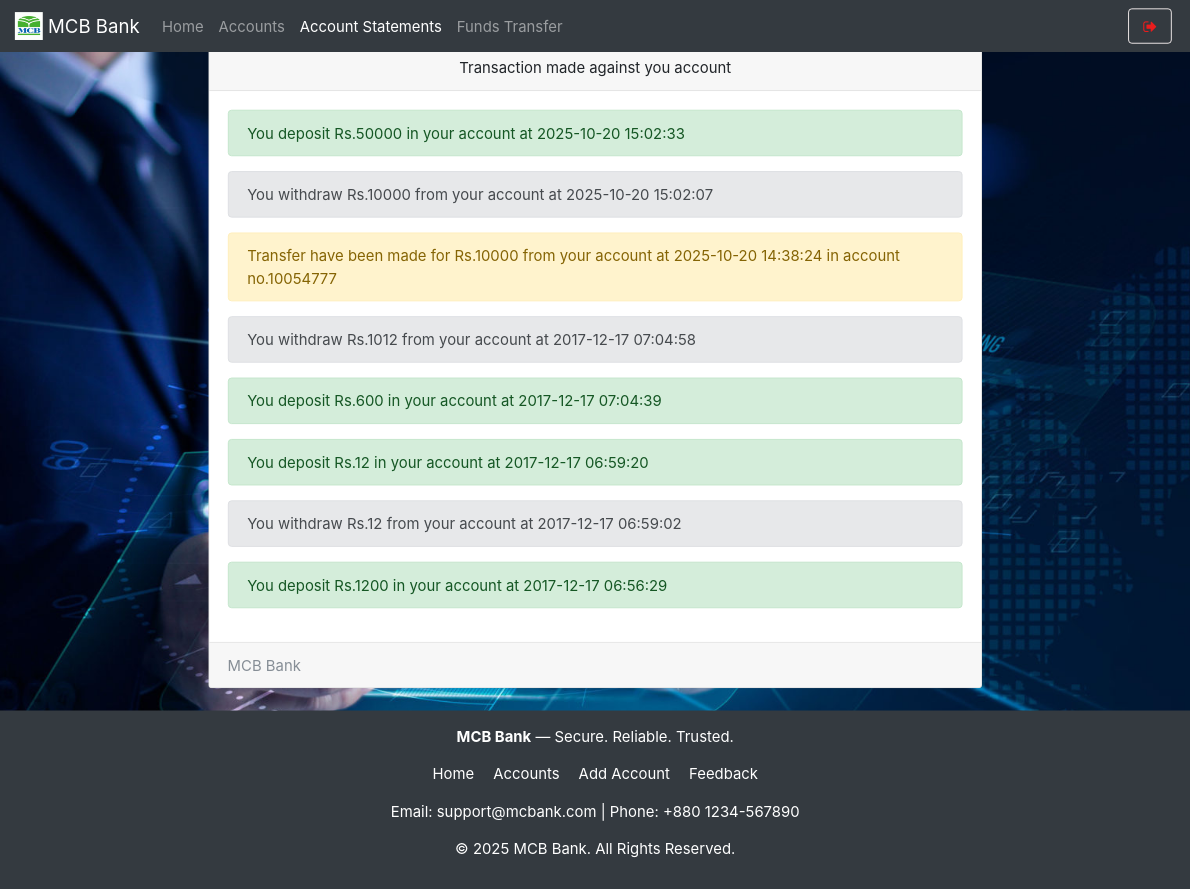
Repository: mhbshimla/my-bank
Page: http://localhost/statements.php
These files come from the project's save history. The page is drawn as it stood at one moment and after the next save; the edit follows.
The browser window is 1280 px wide. The pictures show the whole page, at 93% of full size.
The page is run by PHP 8.4 with error messages shown; the project is at /var/www/html/. The session is filled in as if someone had signed in: {"userId": 2, "user": {"id": 2, "email": "some2@gmail.com", "name": "Ali khan", "balance": 56000, "nid": "3210375555343", "number": "03356910260", "city": "Islamabad", "address": "Some where in isb", "source": "Programmer", "accountNo": 10054777, "branch": 1, "accountType": "Saving", "date": "2017-12-14 04:50:06"}, "cashId": 2, "managerId": 2}. Other server files are loaded and not shown. The database holds what the project's SQL file puts in it.

Above is the page before, as saved 2025-10-20 21:06:54.

### statements.php

<?php
session_start();
if(!isset($_SESSION['userId'])){ header('location:login.php');}
?>
<!DOCTYPE html>
<html>
<head>
  <title>Banking</title>
  <?php require 'assets/autoloader.php'; ?>
  <?php require 'assets/db.php'; ?>
  <?php require 'assets/function.php'; ?>
  <?php
    $error = "";
    if (isset($_POST['userLogin']))
    {
      $error = "";
        $user = $_POST['email'];
        $pass = $_POST['password'];

        $result = $con->query("select * from userAccounts where email='$user' AND password='$pass'");
        if($result->num_rows>0)
        {
          session_start();
          $data = $result->fetch_assoc();
          $_SESSION['userId']=$data['id'];
          $_SESSION['user'] = $data;
          header('location:index.php');
         }
        else
        {
          $error = "<div class='alert alert-warning text-center rounded-0'>Username or password wrong try again!</div>";
        }
    }

   ?>
</head>
<!-- <body style="background:#96D678;background-size: 100%"> -->
<body style="background: url('images/bg-login5.jpg') no-repeat center center; background-size: cover;">
<nav class="navbar navbar-expand-lg navbar-dark bg-dark fixed-top">
 <a class="navbar-brand" href="#">
    <img src="images/logo.png" width="30" height="30" class="d-inline-block align-top" alt="">
   <!--  <i class="d-inline-block  fa fa-building fa-fw"></i> --><?php echo bankName; ?>
  </a>
  <button class="navbar-toggler" type="button" data-toggle="collapse" data-target="#navbarSupportedContent" aria-controls="navbarSupportedContent" aria-expanded="false" aria-label="Toggle navigation">
    <span class="navbar-toggler-icon"></span>
  </button>

  <div class="collapse navbar-collapse" id="navbarSupportedContent">
    <ul class="navbar-nav mr-auto">
      <li class="nav-item ">
        <a class="nav-link " href="index.php">Home <span class="sr-only">(current)</span></a>
      </li>
      <li class="nav-item ">  <a class="nav-link" href="accounts.php">Accounts</a></li>
      <li class="nav-item active">  <a class="nav-link" href="statements.php">Account Statements</a></li>
      <li class="nav-item ">  <a class="nav-link" href="transfer.php">Funds Transfer</a></li>
      <!-- <li class="nav-item ">  <a class="nav-link" href="profile.php">Profile</a></li> -->


    </ul>
    <?php include 'sideButton.php'; ?>
  </div>
</nav><br><br>
<div class="container">
  <div class="card  w-75 mx-auto">
  <div class="card-header text-center">
    Transaction made against you account
  </div>
  <div class="card-body">
    <?php
      $array = $con->query("select * from transaction where userId = '$userData[id]' order by date desc");
      if ($array ->num_rows > 0)
      {
         while ($row = $array->fetch_assoc())
         {
            if ($row['action'] == 'withdraw')
            {
              echo "<div class='alert alert-secondary'>You withdraw Rs.$row[debit] from your account at $row[date]</div>";
            }
            if ($row['action'] == 'deposit')
            {
              echo "<div class='alert alert-success'>You deposit Rs.$row[credit] in your account at $row[date]</div>";
            }
            if ($row['action'] == 'deduction')
            {
              echo "<div class='alert alert-danger'>Deduction have been made for  Rs.$row[debit] from your account at $row[date] in case of $row[other]</div>";
            }
            if ($row['action'] == 'transfer')
            {
              echo "<div class='alert alert-warning'>Transfer have been made for  Rs.$row[debit] from your account at $row[date] in  account no.$row[other]</div>";
            }

         }
      }
    ?>
  </div>
  <div class="card-footer text-muted">
   <?php echo bankName ?>
  </div>
</div>
</div> <br>
<footer class="bg-dark text-white text-center py-3">
  <div class="container">
    <p><strong>MCB Bank</strong> — Secure. Reliable. Trusted.</p>
    <p>
      <a href="mindex.php" class="text-white mx-2">Home</a>
      <a href="maccounts.php" class="text-white mx-2">Accounts</a>
      <a href="maddnew.php" class="text-white mx-2">Add Account</a>
      <a href="mfeedback.php" class="text-white mx-2">Feedback</a>
    </p>
    <p>Email: support@mcbank.com | Phone: +880 1234-567890</p>
    <p>&copy; <?php echo date("Y"); ?> MCB Bank. All Rights Reserved.</p>
  </div>
</footer>
</body>
</html>

### assets/autoloader.php

<link rel="stylesheet" type="text/css" href="css/bootstrap.min.css">
<link rel="stylesheet" type="text/css" href="css/custom.css">
<link rel="stylesheet" type="text/css" href="font-awesome/css/font-awesome.min.css">
<script src='js/jquery-3.2.1.min.js'></script>
<script src='js/popper.min.js'></script>
<script src='js/bootstrap.min.js'></script>

### assets/db.php
<?php
if (session_status() === PHP_SESSION_NONE) {
    session_start();
}

// ✅ Auto-switch between localhost and InfinityFree
if (in_array($_SERVER['SERVER_NAME'], ['localhost', '127.0.0.1'])) {
    // Localhost (XAMPP/WAMP)
    $con = new mysqli('localhost', 'root', '', 'mybank');
} else {
    // InfinityFree (Live Hosting)
    $con = new mysqli('sql100.infinityfree.com', 'if0_40476525', 'banK12345', 'if0_40476525_mybank');
}

// ✅ Connection check
if ($con->connect_error) {
    die("Database connection failed: " . $con->connect_error);
}

// ✅ Bank name constant
define('bankName', 'MCB Bank');

// ✅ Fetch user data safely if logged in
$userData = null;
if (isset($_SESSION['userId'])) {
    $stmt = $con->prepare("
        SELECT *
        FROM userAccounts
        JOIN branch ON userAccounts.branch = branch.branchId
        WHERE userAccounts.id = ?
    ");
    if ($stmt) {
        $stmt->bind_param("i", $_SESSION['userId']);
        $stmt->execute();
        $result   = $stmt->get_result();
        $userData = $result->fetch_assoc();
        $stmt->close();
    }
}
?>
<!-- Tooltip initialization -->
<script type="text/javascript">
$(function () {
  $('[data-toggle="tooltip"]').tooltip();
});
</script>

### assets/function.php
<?php
function setBalance($amount,$process,$accountNo)
{
	$con = new mysqli('localhost','root','','mybank');
	$array = $con->query("select * from userAccounts where accountNo='$accountNo'");
	$row = $array->fetch_assoc();
	if ($process == 'credit')
	{
		$balance = $row['balance'] + $amount;
		return $con->query("update userAccounts set balance = '$balance' where accountNo = '$accountNo'");
	}else
	{
		$balance = $row['balance'] - $amount;
		return $con->query("update userAccounts set balance = '$balance' where accountNo = '$accountNo'");
	}
}
function setOtherBalance($amount,$process,$accountNo)
{
	$con = new mysqli('localhost','root','','mybank');
	$array = $con->query("select * from otheraccounts where accountNo='$accountNo'");
	$row = $array->fetch_assoc();
	if ($process == 'credit')
	{
		$balance = $row['balance'] + $amount;
		return $con->query("update otheraccounts set balance = '$balance' where accountNo = '$accountNo'");
	}else
	{
		$balance = $row['balance'] - $amount;
		return $con->query("update otheraccounts set balance = '$balance' where accountNo = '$accountNo'");
	}
}
function makeTransaction($action,$amount,$other)
{
	$con = new mysqli('localhost','root','','mybank');
	if ($action == 'transfer')
	{
		return $con->query("insert into transaction (action,debit,other,userId) values ('transfer','$amount','$other','$_SESSION[userId]')");
	}
	if ($action == 'withdraw')
	{
		return $con->query("insert into transaction (action,debit,other,userId) values ('withdraw','$amount','$other','$_SESSION[userId]')");

	}
	if ($action == 'deposit')
	{
		return $con->query("insert into transaction (action,credit,other,userId) values ('deposit','$amount','$other','$_SESSION[userId]')");

	}
}
function makeTransactionCashier($action,$amount,$other,$userId)
{
	$con = new mysqli('localhost','root','','mybank');
	if ($action == 'transfer')
	{
		return $con->query("insert into transaction (action,debit,other,userId) values ('transfer','$amount','$other','$userId')");
	}
	if ($action == 'withdraw')
	{
		return $con->query("insert into transaction (action,debit,other,userId) values ('withdraw','$amount','$other','$userId')");

	}
	if ($action == 'deposit')
	{
		return $con->query("insert into transaction (action,credit,other,userId) values ('deposit','$amount','$other','$userId')");

	}
}
 ?>

### sideButton.php
<form class="form-inline my-2 my-lg-0">
        <!-- <a href="" class="btn btn-outline-success" data-toggle="tooltip" title="Your current Account Balance">Acount Balance : Rs.<?php echo $userData['balance']; ?></a>
        <a href="accounts.php" data-toggle="tooltip" title="Account Summary" class="btn btn-outline-primary mx-1" ><i class="fa fa-book fa-fw"></i></a>
        <a href="notice.php" data-toggle="tooltip" title="View Notice" class="btn btn-outline-primary mx-1" ><i class="fa fa-envelope fa-fw"></i></a>
        <a href="feedback.php" data-toggle="tooltip" title="Help?" class="btn btn-outline-info mx-1" ><i class="fa fa-question fa-fw"></i></a>-->
        <a href="logout.php" data-toggle="tooltip" title="Logout" class="btn btn-outline-danger mx-1" ><i class="fa fa-sign-out fa-fw"></i></a>
        <style>
.btn-outline-danger {
  color: #e91d1dff;
  border-color: #f6efefff;
  transition: all 0.3s ease;
}

.btn-outline-danger:hover {
  background-color: #e91d1dff;
  color: white;
  box-shadow: 0 0 10px rgba(96, 105, 26, 0.6);
}
</style>

</form>

### css/custom.css
.omit1{background: rgba(0,0,0,0.1);}
.omit2{background: rgba(0,0,0,0.2);}
.omit3{background: rgba(0,0,0,0.3);}
.omit4{background: rgba(0,0,0,0.4);}
.omit5{background: rgba(0,0,0,0.5);}
.omit6{background: rgba(0,0,0,0.6);}
.omit7{background: rgba(0,0,0,0.7);}
.omit8{background: rgba(0,0,0,0.8);}
.omit9{background: rgba(0,0,0,0.9);}

.shadowBlack{box-shadow: 2px 2px 11px black}
.shadowGreen{box-shadow: 2px 2px 11px green}
.shadowBlue{box-shadow: 2px 2px 11px blue}
.shadowWhite{box-shadow: 2px 2px 11px white}

### Database/mybank (1).sql (the tables this page reads)
CREATE TABLE `branch` (
  `branchId` int(11) NOT NULL,
  `branchNo` varchar(111) NOT NULL,
  `branchName` varchar(111) NOT NULL
) ENGINE=InnoDB DEFAULT CHARSET=latin1 COLLATE=latin1_swedish_ci;

INSERT INTO `branch` (`branchId`, `branchNo`, `branchName`) VALUES
(1, '100101', 'Dhaka'),
(2, '100102', 'Sylhet');

ALTER TABLE `branch`
  ADD PRIMARY KEY (`branchId`);

ALTER TABLE `branch`
  MODIFY `branchId` int(11) NOT NULL AUTO_INCREMENT, AUTO_INCREMENT=3;

CREATE TABLE `transaction` (
  `transactionId` int(11) NOT NULL,
  `action` varchar(111) NOT NULL,
  `credit` varchar(111) NOT NULL,
  `debit` varchar(111) NOT NULL,
  `balance` varchar(111) NOT NULL,
  `beneId` varchar(111) NOT NULL,
  `other` varchar(111) NOT NULL,
  `userId` int(11) NOT NULL,
  `date` timestamp NOT NULL DEFAULT current_timestamp()
) ENGINE=InnoDB DEFAULT CHARSET=latin1 COLLATE=latin1_swedish_ci;

INSERT INTO `transaction` (`transactionId`, `action`, `credit`, `debit`, `balance`, `beneId`, `other`, `userId`, `date`) VALUES
(4, 'transfer', '', '200', '', '', '12001122', 1, '2017-12-14 12:33:40'),
(5, 'transfer', '', '200', '', '', '10054777', 1, '2017-12-14 12:56:48'),
(6, 'transfer', '', '333', '', '', '10054777', 1, '2017-12-14 12:57:20'),
(7, 'transfer', '', '222', '', '', '10054777', 1, '2017-12-14 12:58:19'),
(8, 'transfer', '', '333', '', '', '10054777', 1, '2017-12-14 13:00:23'),
(16, 'withdraw', '', '100', '', '', '23423', 1, '2017-12-15 08:31:59'),
(17, 'deposit', '1200', '', '', '', '234232', 1, '2017-12-15 08:32:17'),
(18, 'transfer', '', '467', '', '', '12001122', 1, '2017-12-17 06:44:48'),
(22, 'deposit', '1200', '', '', '', '32424', 2, '2017-12-17 06:56:29'),
(23, 'withdraw', '', '12', '', '', '23423', 2, '2017-12-17 06:59:02'),
(24, 'deposit', '12', '', '', '', '21321', 2, '2017-12-17 06:59:20'),
(25, 'transfer', '', '1200', '', '', '10054777', 1, '2017-12-17 07:01:37'),
(26, 'deposit', '600', '', '', '', '342342', 2, '2017-12-17 07:04:39'),
(27, 'withdraw', '', '1012', '', '', '23423', 2, '2017-12-17 07:04:58'),
(28, 'transfer', '', '10000', '', '', '10054777', 2, '2025-10-20 14:38:24'),
(29, 'withdraw', '', '10000', '', '', '2345363856', 2, '2025-10-20 15:02:07'),
(30, 'deposit', '50000', '', '', '', '453623145', 2, '2025-10-20 15:02:33'),
(31, 'transfer', '', '10000', '', '', '1760416459', 11, '2025-10-20 15:08:32'),
(32, 'withdraw', '', '10000', '', '', '24356371', 10, '2025-10-20 15:10:56'),
(33, 'deposit', '12000000', '', '', '', '53642516', 11, '2025-10-20 15:11:46'),
(34, 'withdraw', '', '100000', '', '', '17358526', 11, '2025-10-20 15:12:34'),
(35, 'deposit', '14400000', '', '', '', '427635415', 12, '2025-10-20 15:13:54'),
(36, 'transfer', '', '100000', '', '', '1760365343', 12, '2025-10-20 15:16:46'),
(37, 'transfer', '', '1000000', '', '', '1760365343', 13, '2025-11-08 14:28:20'),
(38, 'withdraw', '', '1000000', '', '', '425423172', 13, '2025-11-08 14:33:03'),
(39, 'deposit', '500000', '', '', '', '24534325', 13, '2025-11-08 14:33:35'),
(40, 'transfer', '', '23456', '', '', '1760416459', 13, '2025-11-11 04:36:32');

ALTER TABLE `transaction`
  ADD PRIMARY KEY (`transactionId`);

ALTER TABLE `transaction`
  MODIFY `transactionId` int(11) NOT NULL AUTO_INCREMENT, AUTO_INCREMENT=41;

CREATE TABLE `useraccounts` (
  `id` int(11) NOT NULL,
  `email` text NOT NULL,
  `password` text NOT NULL,
  `name` varchar(111) NOT NULL,
  `balance` varchar(111) NOT NULL,
  `nid` varchar(111) NOT NULL,
  `number` varchar(111) NOT NULL,
  `city` varchar(111) NOT NULL,
  `address` varchar(111) NOT NULL,
  `source` varchar(111) NOT NULL,
  `accountNo` varchar(111) NOT NULL,
  `branch` varchar(111) NOT NULL,
  `accountType` varchar(111) NOT NULL,
  `date` timestamp NOT NULL DEFAULT current_timestamp()
) ENGINE=InnoDB DEFAULT CHARSET=latin1 COLLATE=latin1_swedish_ci;

INSERT INTO `useraccounts` (`id`, `email`, `password`, `name`, `balance`, `nid`, `number`, `city`, `address`, `source`, `accountNo`, `branch`, `accountType`, `date`) VALUES
(2, 'some2@gmail.com', 'some2', 'Ali khan', '56000', '3210375555343', '03356910260', 'Islamabad', 'Some where in isb', 'Programmer', '10054777', '1', 'Saving', '2017-12-14 04:50:06'),
(6, 'realx4rd@gmail.com', 'afsdfasd', 'Fayyaz Khan', '234234', '3240338834902', '03356910260', 'Taunsa', 'Dera Ghazi Khan', 'Govt. job', '1513410739', '1', 'saving', '2017-12-16 07:52:40'),
(7, 'realx4rd@gmail.com', 'safsadf', 'Fayyaz Khan', '12121', '3240338834902', '03356910260', 'Taunsa', 'Dera Ghazi Khan', 'Govt. job', '1513410837', '1', 'current', '2017-12-16 07:54:18'),
(8, 'uracc@gmail.com', 'uracc', 'uracc', '500', '1', '01890040951', 'sylhet', 'south surma,sylhet', 'business', '1755446085', '1', 'current', '2025-08-17 15:56:42'),
(10, 'sjahan@gmail.com', 'sjahan', 'shuborna', '9993565', '1', '01562536474', 'dhaka', 'north south surma', 'business', '1757345500', '2', 'saving', '2025-09-08 15:35:00'),
(11, 'ayana10@gmail.com', 'ayana10', 'Ayana Hussain', '13000000', '205364253', '01853462422', 'sylhet', 'south surma,sylhet', 'business', '1760365343', '2', 'saving', '2025-10-13 14:24:20'),
(12, 'shimla09@gmail.com', 'shimla09', 'shimla', '14390244', '4235345666', '01853524345', 'sylhet', 'south surma,sylhet', 'job', '1760416459', '1', 'current', '2025-10-14 04:36:47'),
(13, 'arib05@gmail.com', 'arib05', 'arib', '2476544', '1234414302', '01804414302', 'Sylhet', 'South Surma, Sylhet-3100', 'business', '1762611572', '2', 'saving', '2025-11-08 14:22:38');

ALTER TABLE `useraccounts`
  ADD PRIMARY KEY (`id`);

ALTER TABLE `useraccounts`
  MODIFY `id` int(11) NOT NULL AUTO_INCREMENT, AUTO_INCREMENT=14;

Loaded but not shown: css/bootstrap.min.css (library); font-awesome/css/font-awesome.min.css (library); js/jquery-3.2.1.min.js (library); js/popper.min.js (library); js/bootstrap.min.js (library)

After the next save:
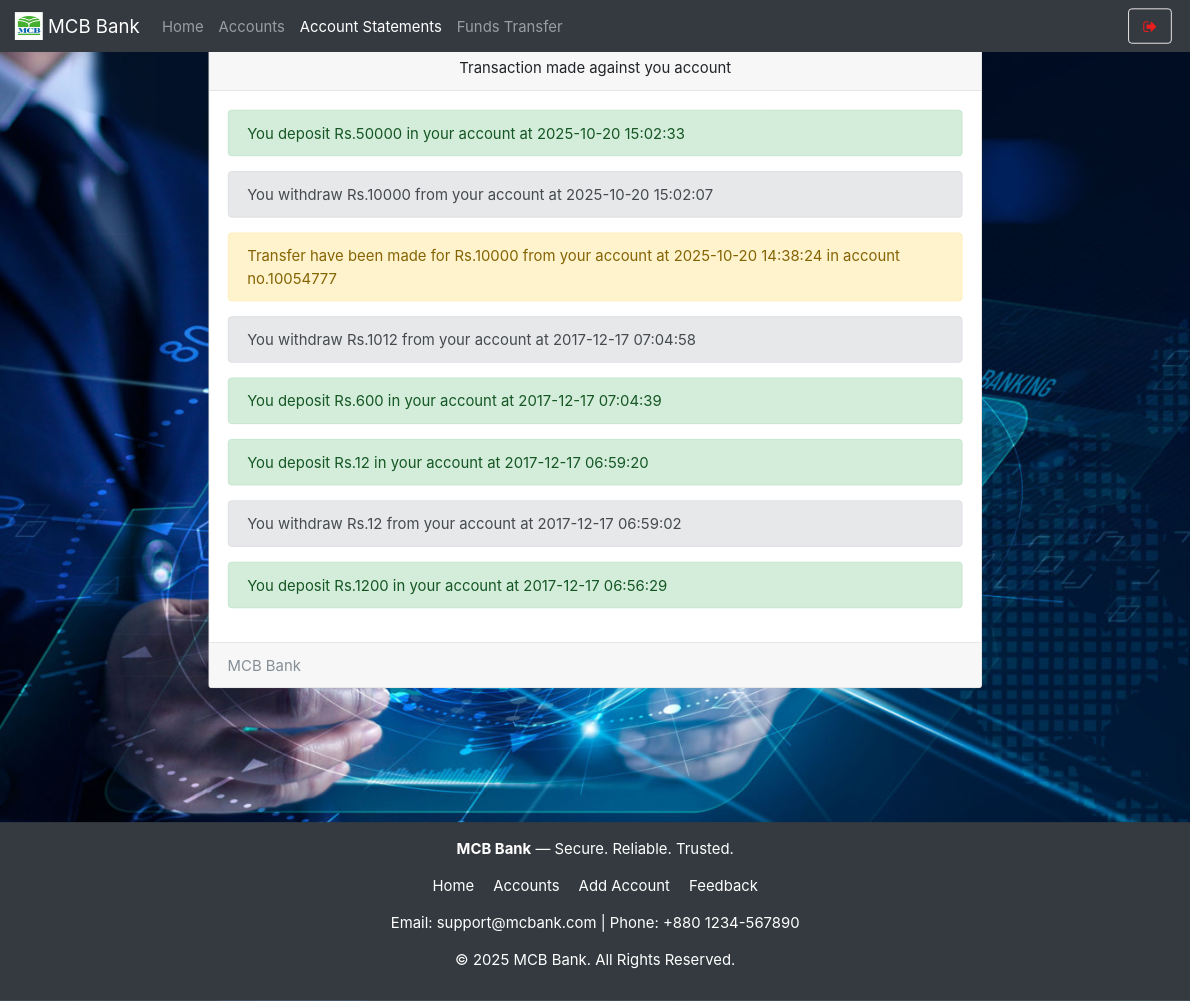
Saved 8 min 24 s later.
--- a/statements.php
+++ b/statements.php
@@ -98,7 +98,7 @@ if(!isset($_SESSION['userId'])){ header('location:login.php');}
    <?php echo bankName ?>
   </div>
 </div>
-</div> <br>
+</div> <br> <br> <br> <br> <br> <br>
 <footer class="bg-dark text-white text-center py-3">
   <div class="container">
     <p><strong>MCB Bank</strong> — Secure. Reliable. Trusted.</p>
